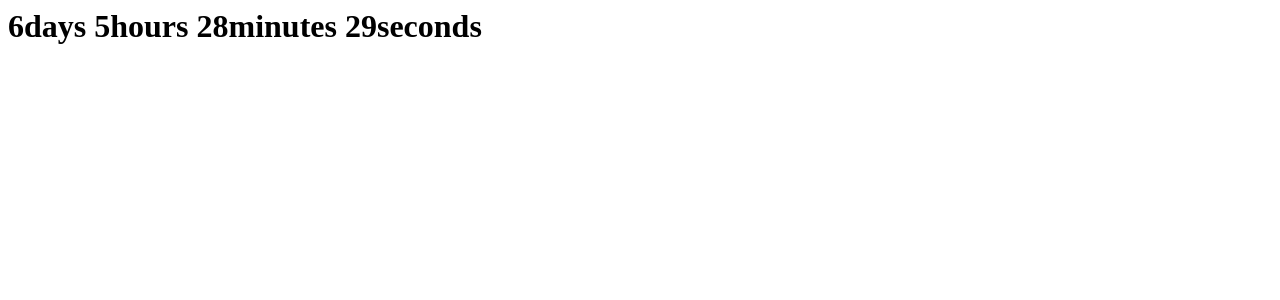
Repository: notMaximilian/countdown-timer
Page: index.html
An editor plug-in stored every save of this project. The page is shown before and after the next save, followed by the edit.
The browser window is 1280 px wide. The pictures show the whole page.

Above is the page before, as saved 2021-12-18 18:44:28.

### index.html
<html lang="en">
    <head>
        <meta charset="utf-8"/>
        <title>Christmas Countdown</title>
        <link rel="stylesheet" href="styles.css"/>
    </head>
    <body>
        <h1 id="time-left"></h1>
        <script src="app.js"></script>
    </body>
</html>

### app.js
const timeLeft = document.getElementById('time-left')
let timerId;
//Units of time
const second = 1000
const minute = second * 60
const hour = minute * 60
const day = hour * 24

const christmas = new Date('12/25/2021')

function countdown(){
    const today = new Date();
    const timeSpan = christmas - today;

    if(timeSpan <= -day){
        timeLeft.innerHTML("I hope you had a Merry Christmas!!!")
        clearInterval(timerId)
        return
    }

    if (timeSpan <= 0){
        timeLeft.innerHTML("Merry Christmas!!!")
        clearInterval(timerId)
        return
    }

    const days = Math.floor(timeSpan / day)
    const hours = Math.floor((timeSpan % day) / hour)
    const minutes = Math.floor((timeSpan % hour) / minute)
    const seconds = Math.floor((timeSpan % minute) / second)

    timeLeft.innerHTML = days + "days " + hours + "hours " + minutes + "minutes " + seconds + "seconds"

}

timerId = setInterval(countdown, second)

Loaded but not shown: styles.css (no copy from this time; the picture is the same without it)

After the next save:
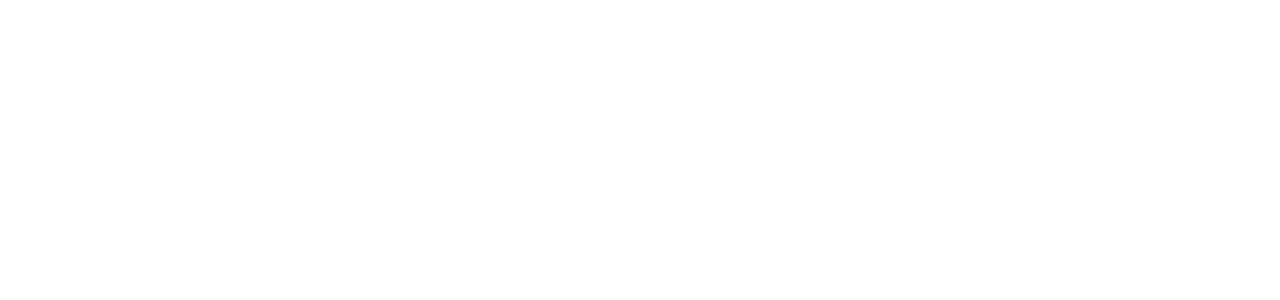
Console error: ReferenceError: min is not defined
Saved 9 s later.
--- a/app.js
+++ b/app.js
@@ -29,7 +29,7 @@
     const minutes = Math.floor((timeSpan % hour) / minute)
     const seconds = Math.floor((timeSpan % minute) / second)
 
-    timeLeft.innerHTML = days + "days " + hours + "hours " + minutes + "minutes " + seconds + "seconds"
+    timeLeft.innerHTML = days + "days " + hours + "hours " + min + "minutes " + seconds + "seconds"
 
 }
 

After the 2 saves that followed:
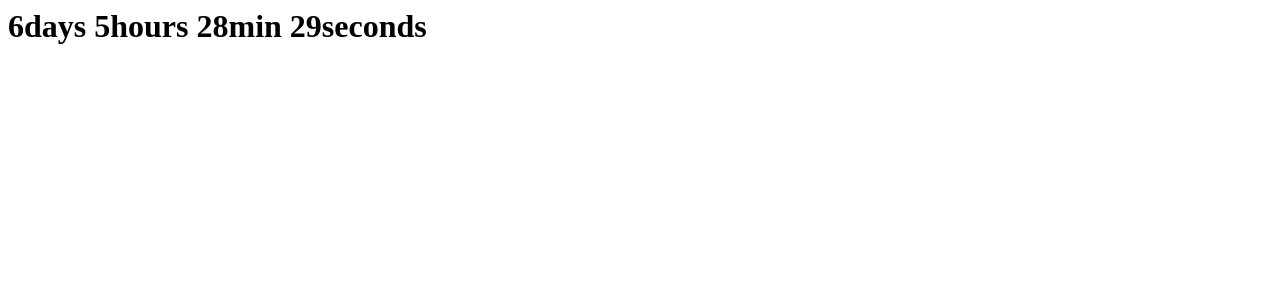
The error is gone.
The 2 saves are shown as one change because they came seconds apart.
The last was saved 7 s later.
--- a/app.js
+++ b/app.js
@@ -29,7 +29,7 @@
     const minutes = Math.floor((timeSpan % hour) / minute)
     const seconds = Math.floor((timeSpan % minute) / second)
 
-    timeLeft.innerHTML = days + "days " + hours + "hours " + min + "minutes " + seconds + "seconds"
+    timeLeft.innerHTML = days + "days " + hours + "hours " + minutes + "min " + seconds + "seconds"
 
 }
 
